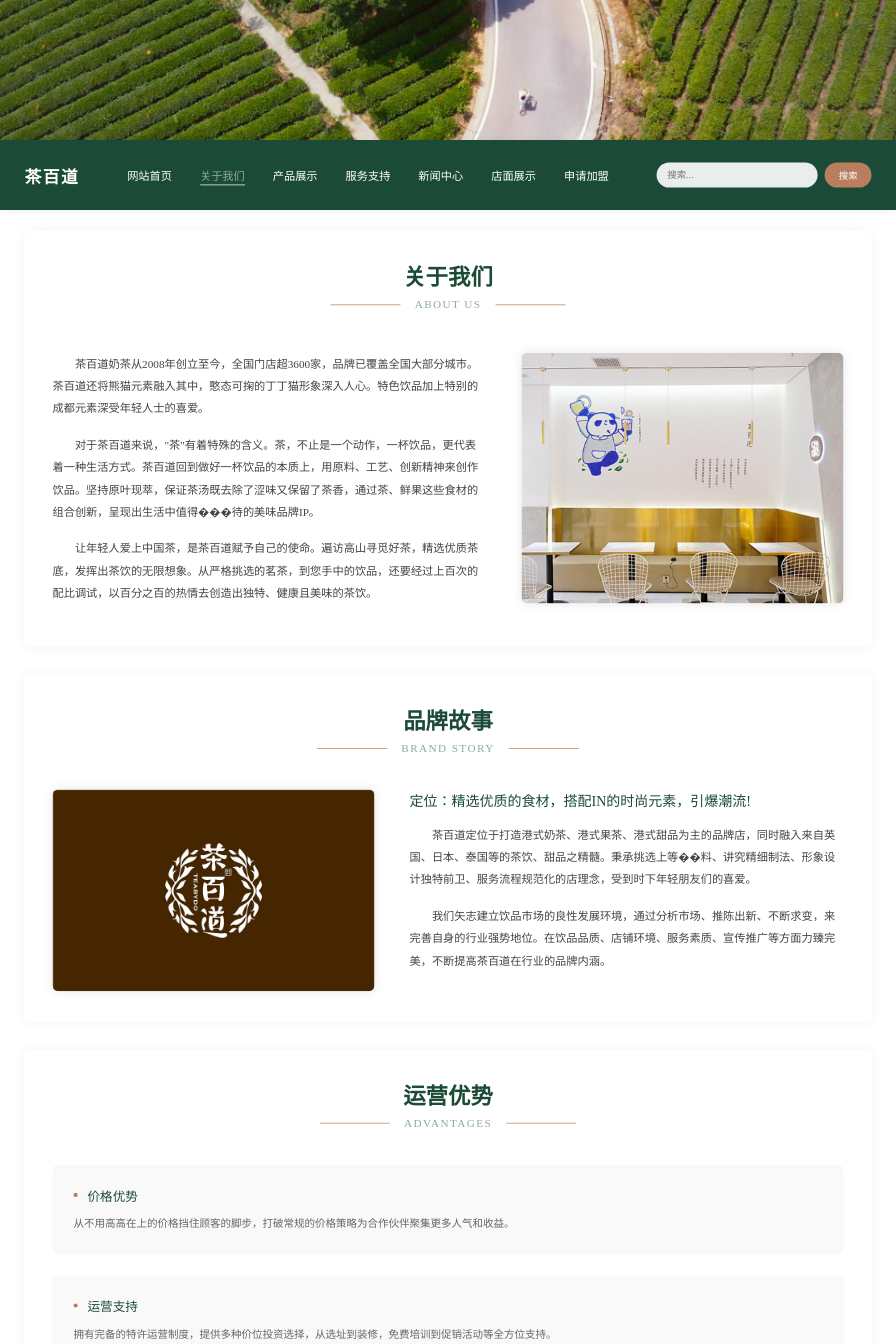
Repository: huang-heavenly-Emperor/chabaidao
Page: about.html
The author's editor kept a copy of each file at every save. The page is drawn from the files as they stood at one save, then again after the next save.
The browser window is 1280 px wide. The pictures show the part of the page from y = 0 to 1920 px (the page is 2654 px tall), at 70% of full size.

Above is the page before, as saved 2024-12-13 19:33:53.

### about.html
<!DOCTYPE html>
<html>
  <head>
    <meta charset="UTF-8" />
    <title>关于我们 - 茶百道官网</title>
    <link rel="stylesheet" href="css/common.css" />
    <link rel="stylesheet" href="css/pages/about.css" />
  </head>
  <body>
    <div class="container">
      <!-- 头部区域 -->
      <div class="header">
        <div class="top-banner">
          <img src="./images/common/header-bg.webp" alt="顶部横幅" />
        </div>
        <div class="nav">
          <div class="nav-content">
            <div class="logo">
              <h1>茶百道</h1>
            </div>
            <ul class="nav-list">
              <li><a href="index.html">网站首页</a></li>
              <li><a href="about.html" class="active">关于我们</a></li>
              <li><a href="products.html">产品展示</a></li>
              <li><a href="service.html">服务支持</a></li>
              <li><a href="news.html">新闻中心</a></li>
              <li><a href="store-display.html">店面展示</a></li>
              <li><a href="join.html">申请加盟</a></li>
            </ul>
            <div class="search">
              <input type="text" placeholder="搜索..." />
              <button>搜索</button>
            </div>
          </div>
        </div>
      </div>

      <!-- 主要内容区域 -->
      <div class="main">
        <!-- 品牌介绍 -->
        <div class="about-section">
          <div class="section-title">
            <h2>关于我们</h2>
            <div class="en-title">ABOUT US</div>
          </div>
          <div class="about-content">
            <div class="about-text">
              <p>
                茶百道奶茶从2008年创立至今，全国门店超3600家，品牌已覆盖全国大部分城市。茶百道还将熊猫元素融入其中，憨态可掬的丁丁猫形象深入人心。特色饮品加上特别的成都元素深受年轻人士的喜爱。
              </p>
              <p>
                对于茶百道来说，"茶"有着特殊的含义。茶，不止是一个动作，一杯饮品，更代表着一种生活方式。茶百道回到做好一杯饮品的本质上，用原料、工艺、创新精神来创作饮品。坚持原叶现萃，保证茶汤既去除了涩味又保留了茶香，通过茶、鲜果这些食材的组合创新，呈现出生活中值得���待的美味品牌IP。
              </p>
              <p>
                让年轻人爱上中国茶，是茶百道赋予自己的使命。遍访高山寻觅好茶，精选优质茶底，发挥出茶饮的无限想象。从严格挑选的茗茶，到您手中的饮品，还要经过上百次的配比调试，以百分之百的热情去创造出独特、健康且美味的茶饮。
              </p>
            </div>
            <div class="about-image">
              <img src="./images/about/brand.jpg" alt="茶百道品牌介绍" />
            </div>
          </div>
        </div>

        <!-- 品牌故事 -->
        <div class="story-section">
          <div class="section-title">
            <h2>品牌故事</h2>
            <div class="en-title">BRAND STORY</div>
          </div>
          <div class="story-content">
            <div class="story-image">
              <img src="./images/about/story.webp" alt="茶百道品牌故事" />
            </div>
            <div class="story-text">
              <h3>定位：精选优质的食材，搭配IN的时尚元素，引爆潮流!</h3>
              <p>
                茶百道定位于打造港式奶茶、港式果茶、港式甜品为主的品牌店，同时融入来自英国、日本、泰国等的茶饮、甜品之精髓。秉承挑选上等��料、讲究精细制法、形象设计独特前卫、服务流程规范化的店理念，受到时下年轻朋友们的喜爱。
              </p>
              <p>
                我们矢志建立饮品市场的良性发展环境，通过分析市场、推陈出新、不断求变，来完善自身的行业强势地位。在饮品品质、店铺环境、服务素质、宣传推广等方面力臻完美，不断提高茶百道在行业的品牌内涵。
              </p>
            </div>
          </div>
        </div>

        <!-- 运营优势 -->
        <div class="advantage-section">
          <div class="section-title">
            <h2>运营优势</h2>
            <div class="en-title">ADVANTAGES</div>
          </div>
          <div class="advantage-list">
            <div class="advantage-item">
              <h4>价格优势</h4>
              <p>
                从不用高高在上的价格挡住顾客的脚步，打破常规的价格策略为合作伙伴聚集更多人气和收益。
              </p>
            </div>
            <div class="advantage-item">
              <h4>运营支持</h4>
              <p>
                拥有完备的特许运营制度，提供多种价位投资选择，从选址到装修，免费培训到促销活动等全方位支持。
              </p>
            </div>
            <div class="advantage-item">
              <h4>物流优势</h4>
              <p>
                武汉具有中国九省通衡的物流优势，10000余平方的物流仓储，确保物流配送的及时性。
              </p>
            </div>
            <div class="advantage-item">
              <h4>研发实力</h4>
              <p>
                自建饮品工作室及研发基地，拥有强大的产品包装策划团队，持续创新研发新产品。
              </p>
            </div>
          </div>
        </div>
      </div>

      <!-- 底部区域 -->
      <div class="footer">
        <div class="footer-content">
          <div class="footer-section">
            <h3>关于我们</h3>
            <p>
              茶百道成立于2017年，是一家专注于茶饮研发与销售的连锁品牌，致力于为消费者提供优质茶饮体验。
            </p>
          </div>
          <div class="footer-section">
            <h3>联系方式</h3>
            <p>客服电话：400-888-8888</p>
            <p>邮箱：service@chagee.com</p>
            <p>地址：上海市浦东新区xx路xx号</p>
          </div>
          <div class="footer-section">
            <h3>加盟咨询</h3>
            <p>加盟热线：400-999-9999</p>
            <p>加盟邮��：join@chagee.com</p>
          </div>
          <div class="footer-section">
            <h3>关注我们</h3>
            <p>微信公众号：茶百道CHAGEE</p>
            <p>新浪微博：@茶百道CHAGEE</p>
          </div>
        </div>
      </div>

      <!-- 返回顶部按钮 -->
      <div class="back-top"></div>
      <script src="js/back-to-top.js"></script>
    </div>
  </body>
</html>

### css/common.css
/* 默认样式重置 */
* {
    margin: 0;
    padding: 0;
}

body {
    font-size: 16px;
    color: #333;
    background: #fff;
}

img {
    border: none;
}

ul, li {
    list-style: none;
}

a {
    text-decoration: none;
    color: #333;
}

h1, h2, h3, h4, h5, h6 {
    font-weight: normal;
}



/* 通用标题样式 */
.section-title {
    text-align: center;
    padding: 50px 0 30px;
    position: relative;
    display: flex;
    align-items: center;
    justify-content: center;
    flex-direction: column;
}

.section-title h2 {
    font-size: 32px;
    color: #1B4B36;
    margin-bottom: 10px;
    font-weight: bold;
}

.section-title .en-title {
    color: #8CAB96;
    font-size: 16px;
    letter-spacing: 2px;
    text-transform: uppercase;
    position: relative;
    display: flex;
    align-items: center;
    padding: 0 20px;
}

.section-title .en-title:before,
.section-title .en-title:after {
    content: '';
    height: 1px;
    width: 100px;
    background: #B87E5F;
    margin: 0 20px;
}

/* 调整各个部分的标题内边距 */
.about-section .section-title,
.story-section .section-title,
.advantage-section .section-title,
.products-section .section-title,
.news-section .section-title,
.join-section .section-title {
    padding-top: 0;
}



/* 头部样式 */
.header {
    width: 100%;
}

.top-banner {
    width: 100%;
    height: 200px;
    overflow: hidden;
}

.top-banner img {
    width: 100%;
    height: 100%;
    object-fit: cover;
}

.nav {
    width: 100%;
    height: 100px;
    background: #1B4B36;
    position: sticky;
    top: 0;
    z-index: 100;
    box-shadow: 0 2px 10px rgba(27, 75, 54, 0.1);
}

.nav-content {
    width: 1210px;
    margin: 0 auto;
    display: flex;
    justify-content: space-between;
    align-items: center;
    height: 100%;
}

.logo {
    color: #fff;
}

.logo h1 {
    font-size: 24px;
    font-weight: bold;
    letter-spacing: 2px;
}

.nav-list {
    display: flex;
    list-style: none;
}

.nav-list li a {
    color: #fff;
    text-decoration: none;
    padding: 0 20px;
    font-size: 16px;
    transition: all 0.3s;
    position: relative;
}

.nav-list li a:hover,
.nav-list li a.active {
    color: #8CAB96;
}

.nav-list li a:after {
    content: '';
    position: absolute;
    bottom: -5px;
    left: 50%;
    transform: translateX(-50%);
    width: 0;
    height: 2px;
    background: #8CAB96;
    transition: width 0.3s;
}

.nav-list li a:hover:after,
.nav-list li a.active:after {
    width: calc(100% - 40px);
}

.nav-list li a.active {
    font-weight: 500;
}

.search {
    display: flex;
    align-items: center;
}

.search input {
    width: 200px;
    height: 36px;
    padding: 0 15px;
    border: none;
    border-radius: 18px;
    outline: none;
    background: rgba(255, 255, 255, 0.9);
}

.search button {
    height: 36px;
    padding: 0 20px;
    margin-left: 10px;
    border: none;
    border-radius: 18px;
    background: #B87E5F;
    color: #fff;
    cursor: pointer;
    transition: background 0.3s;
}

.search button:hover {
    background: #9a6547;
}

/* 底部样式 */
.footer {
    background: #1B4B36;
    padding: 60px 0;
    margin-top: 50px;
    position: relative;
}

.footer:before {
    content: '';
    position: absolute;
    top: 0;
    left: 0;
    width: 100%;
    height: 4px;
    background: linear-gradient(90deg, #8CAB96, #1B4B36, #8CAB96);
}

.footer-content {
    width: 1210px;
    margin: 0 auto;
    display: flex;
    justify-content: space-between;
}

.footer-section {
    flex: 1;
    padding: 0 30px;
}

.footer-section h3 {
    color: #fff;
    font-size: 20px;
    margin-bottom: 20px;
    position: relative;
    padding-bottom: 15px;
}

.footer-section h3:after {
    content: '';
    position: absolute;
    bottom: 0;
    left: 0;
    width: 30px;
    height: 2px;
    background: #8CAB96;
    transition: width 0.3s;
}

.footer-section:hover h3:after {
    width: 50px;
}

.footer-section p {
    color: #8CAB96;
    line-height: 2;
    font-size: 14px;
}

/* 返回顶部按钮 */
.back-top {
    position: fixed;
    right: 40px;
    bottom: 40px;
    width: 50px;
    height: 50px;
    background: #b87e5f;
    color: #fff;
    text-align: center;
    line-height: 50px;
    border-radius: 50%;
    cursor: pointer;
    transition: all 0.3s;
    opacity: 0;
    visibility: hidden;
    z-index: 999;
    font-size: 20px;
    box-shadow: 0 2px 10px rgba(0,0,0,0.1);
}

.back-top:hover {
    background: #9a6547;
    transform: translateY(-5px);
}

.back-top.show {
    opacity: 1;
    visibility: visible;
}

.back-top:after {
    content: '↑';
    display: block;
    color: #fff;
    font-size: 20px;
    line-height: 50px;
}

### css/pages/about.css
/* 主要内容区域 */
.main {
    width: 1210px;
    margin: 0 auto;
    padding: 30px 0;
}

/* 关于我们部分 */
.about-section {
    background: #fff;
    padding: 40px;
    margin-bottom: 40px;
    border-radius: 8px;
    box-shadow: 0 0 20px rgba(0,0,0,0.05);
}

.about-content {
    display: flex;
    gap: 50px;
    margin-top: 30px;
}

.about-text {
    flex: 1;
}

.about-text p {
    font-size: 16px;
    line-height: 2;
    color: #444;
    text-indent: 2em;
    margin-bottom: 20px;
}

.about-image {
    width: 460px;
}

.about-image img {
    width: 100%;
    height: auto;
    border-radius: 8px;
    box-shadow: 0 0 15px rgba(0,0,0,0.1);
}

/* 品牌故事部分 */
.story-section {
    background: #fff;
    padding: 40px;
    margin-bottom: 40px;
    border-radius: 8px;
    box-shadow: 0 0 20px rgba(0,0,0,0.05);
}

.story-content {
    display: flex;
    gap: 50px;
    margin-top: 20px;
}

.story-image {
    width: 460px;
}

.story-image img {
    width: 100%;
    height: auto;
    border-radius: 8px;
    box-shadow: 0 0 15px rgba(0,0,0,0.1);
}

.story-text {
    flex: 1;
}

.story-text h3 {
    font-size: 20px;
    color: #1B4B36;
    margin-bottom: 20px;
    font-weight: 500;
}

.story-text p {
    font-size: 16px;
    line-height: 2;
    color: #444;
    text-indent: 2em;
    margin-bottom: 20px;
}

/* 运营优势部分 */
.advantage-section {
    background: #fff;
    padding: 40px;
    border-radius: 8px;
    box-shadow: 0 0 20px rgba(0,0,0,0.05);
}

.advantage-list {
    display: flex;
    flex-wrap: wrap;
    gap: 30px;
    margin-top: 20px;
}

.advantage-item {
    flex: 1;
    min-width: calc(50% - 15px);
    padding: 30px;
    background: #f9f9f9;
    border-radius: 8px;
    transition: transform 0.3s;
}

.advantage-item:hover {
    transform: translateY(-5px);
}

.advantage-item h4 {
    font-size: 18px;
    color: #1B4B36;
    margin-bottom: 15px;
    position: relative;
    padding-left: 20px;
}

.advantage-item h4:before {
    content: '';
    position: absolute;
    left: 0;
    top: 50%;
    transform: translateY(-50%);
    width: 6px;
    height: 6px;
    background: #B87E5F;
    border-radius: 50%;
}

.advantage-item p {
    font-size: 15px;
    line-height: 1.8;
    color: #666;
}

### js/back-to-top.js
// 获取返回顶部按钮元素
var backTop = document.querySelector('.back-top');

// 监听滚动事件
window.addEventListener('scroll', function() {
    // 当页面滚动超过300px时显示按钮
    if (window.pageYOffset > 300) {
        backTop.classList.add('show');
    } else {
        backTop.classList.remove('show');
    }
});

// 点击返回顶部
backTop.addEventListener('click', function() {
    // 平滑滚动到顶部
    window.scrollTo({
        top: 0,
        behavior: 'smooth'
    });
});

After the next save:
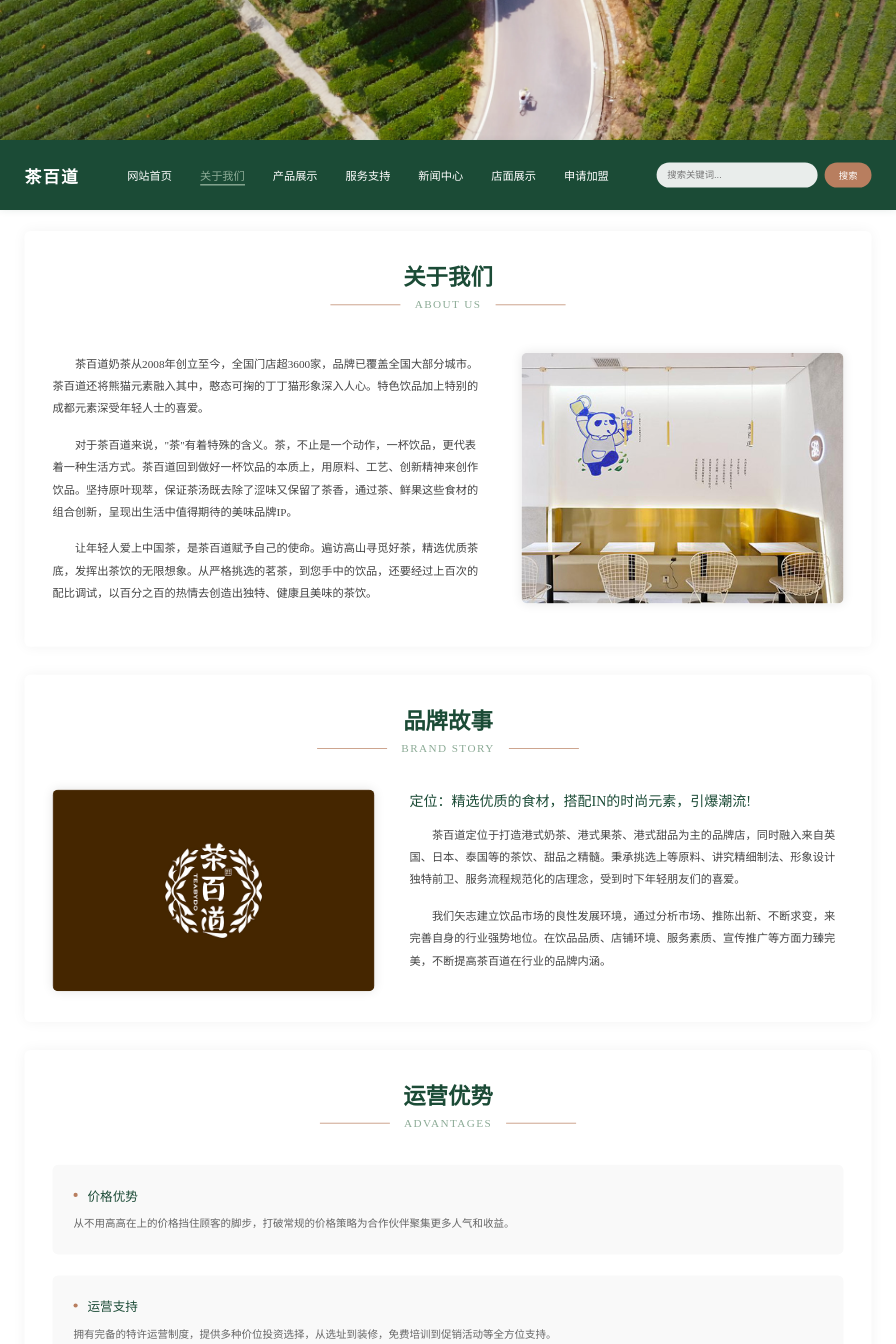
Saved 20 s later.
--- a/about.html
+++ b/about.html
@@ -1,7 +1,8 @@
 <!DOCTYPE html>
-<html>
+<html lang="zh-CN">
   <head>
     <meta charset="UTF-8" />
+    <meta name="viewport" content="width=device-width, initial-scale=1.0">
     <title>关于我们 - 茶百道官网</title>
     <link rel="stylesheet" href="css/common.css" />
     <link rel="stylesheet" href="css/pages/about.css" />
@@ -9,11 +10,11 @@
   <body>
     <div class="container">
       <!-- 头部区域 -->
-      <div class="header">
+      <header class="header">
         <div class="top-banner">
           <img src="./images/common/header-bg.webp" alt="顶部横幅" />
         </div>
-        <div class="nav">
+        <nav class="nav">
           <div class="nav-content">
             <div class="logo">
               <h1>茶百道</h1>
@@ -28,12 +29,12 @@
               <li><a href="join.html">申请加盟</a></li>
             </ul>
             <div class="search">
-              <input type="text" placeholder="搜索..." />
-              <button>搜索</button>
+              <input type="text" placeholder="搜索关键词..." />
+              <button type="button">搜索</button>
             </div>
           </div>
-        </div>
-      </div>
+        </nav>
+      </header>
 
       <!-- 主要内容区域 -->
       <div class="main">
@@ -49,7 +50,7 @@
                 茶百道奶茶从2008年创立至今，全国门店超3600家，品牌已覆盖全国大部分城市。茶百道还将熊猫元素融入其中，憨态可掬的丁丁猫形象深入人心。特色饮品加上特别的成都元素深受年轻人士的喜爱。
               </p>
               <p>
-                对于茶百道来说，"茶"有着特殊的含义。茶，不止是一个动作，一杯饮品，更代表着一种生活方式。茶百道回到做好一杯饮品的本质上，用原料、工艺、创新精神来创作饮品。坚持原叶现萃，保证茶汤既去除了涩味又保留了茶香，通过茶、鲜果这些食材的组合创新，呈现出生活中值得���待的美味品牌IP。
+                对于茶百道来说，"茶"有着特殊的含义。茶，不止是一个动作，一杯饮品，更代表着一种生活方式。茶百道回到做好一杯饮品的本质上，用原料、工艺、创新精神来创作饮品。坚持原叶现萃，保证茶汤既去除了涩味又保留了茶香，通过茶、鲜果这些食材的组合创新，呈现出生活中值得期待的美味品牌IP。
               </p>
               <p>
                 让年轻人爱上中国茶，是茶百道赋予自己的使命。遍访高山寻觅好茶，精选优质茶底，发挥出茶饮的无限想象。从严格挑选的茗茶，到您手中的饮品，还要经过上百次的配比调试，以百分之百的热情去创造出独特、健康且美味的茶饮。
@@ -74,7 +75,7 @@
             <div class="story-text">
               <h3>定位：精选优质的食材，搭配IN的时尚元素，引爆潮流!</h3>
               <p>
-                茶百道定位于打造港式奶茶、港式果茶、港式甜品为主的品牌店，同时融入来自英国、日本、泰国等的茶饮、甜品之精髓。秉承挑选上等��料、讲究精细制法、形象设计独特前卫、服务流程规范化的店理念，受到时下年轻朋友们的喜爱。
+                茶百道定位于打造港式奶茶、港式果茶、港式甜品为主的品牌店，同时融入来自英国、日本、泰国等的茶饮、甜品之精髓。秉承挑选上等原料、讲究精细制法、形象设计独特前卫、服务流程规范化的店理念，受到时下年轻朋友们的喜爱。
               </p>
               <p>
                 我们矢志建立饮品市场的良性发展环境，通过分析市场、推陈出新、不断求变，来完善自身的行业强势地位。在饮品品质、店铺环境、服务素质、宣传推广等方面力臻完美，不断提高茶百道在行业的品牌内涵。
@@ -119,13 +120,11 @@
       </div>
 
       <!-- 底部区域 -->
-      <div class="footer">
+      <footer class="footer">
         <div class="footer-content">
           <div class="footer-section">
             <h3>关于我们</h3>
-            <p>
-              茶百道成立于2017年，是一家专注于茶饮研发与销售的连锁品牌，致力于为消费者提供优质茶饮体验。
-            </p>
+            <p>茶百道成立于2017年，是一家专注于茶饮研发与销售的连锁品牌，致力于为消费者提供优质茶饮体验。</p>
           </div>
           <div class="footer-section">
             <h3>联系方式</h3>
@@ -136,7 +135,7 @@
           <div class="footer-section">
             <h3>加盟咨询</h3>
             <p>加盟热线：400-999-9999</p>
-            <p>加盟邮��：join@chagee.com</p>
+            <p>加盟邮箱：join@chagee.com</p>
           </div>
           <div class="footer-section">
             <h3>关注我们</h3>
@@ -144,11 +143,11 @@
             <p>新浪微博：@茶百道CHAGEE</p>
           </div>
         </div>
-      </div>
+      </footer>
 
       <!-- 返回顶部按钮 -->
-      <div class="back-top"></div>
-      <script src="js/back-to-top.js"></script>
+      <div class="back-top" title="返回顶部">↑</div>
     </div>
+    <script src="js/back-to-top.js"></script>
   </body>
 </html>
